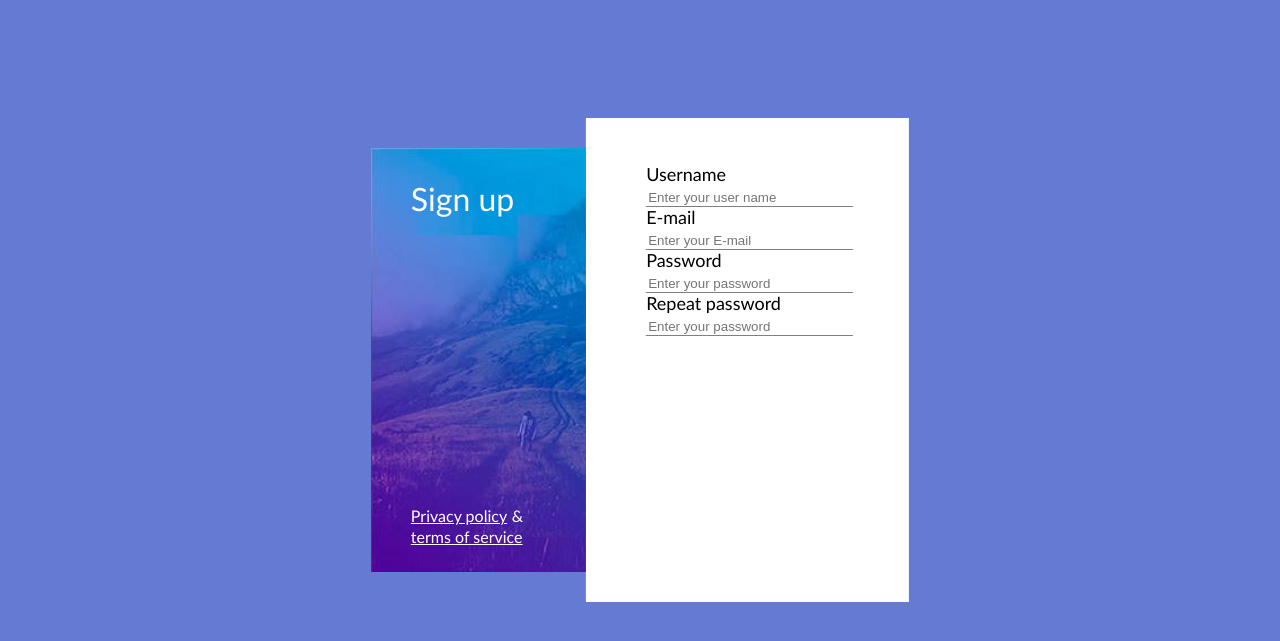
Repository: motiejus1/11-paskaita-adobexd-registracija
Page: index.html
An editor plug-in stored every save of this project. The page is shown before and after a run of saves, followed by the edit.
The browser window is 1280 px wide. The pictures show the whole page.

Above is the page before, as saved 2021-06-17 20:05:01.

### index.html
<!DOCTYPE html>
<html lang="en">
<head>
    <meta charset="UTF-8">
    <meta http-equiv="X-UA-Compatible" content="IE=edge">
    <meta name="viewport" content="width=device-width, initial-scale=1.0">
    <title>Registracija</title>
    <style>
        html {
            font-size: 18px;
        }

        body {
            max-width: 1920px;
            background-color: #657AD3;
            font: normal normal normal 1rem/1.1667rem Gill Sans MT;
        }

        .container {
            width: 42.05%;
            position: absolute;
            top: 50%;
            left: 50%;
            transform: translate(-50%, -50%);
        }

        .left-column, .right-column {
            float:left;
            height: 26.8889rem;
        }

        .left-column {
            background-color: transparent;
            width: 40%;

        }

        .right-column {
            width: 60%;
            background-color: #fff;
        }

        .left-column-container {
            margin-top: 1.6667rem;
            height: 23.5556rem;
            background-color: #fff;
            background: transparent url('img/mountain.png') 0% 0% no-repeat padding-box;
            background-size: cover;
            padding-left: 2.2222rem;
            position: relative;

        }

        h1 {
            font: normal normal normal 1.7778rem/2.0556rem Gill Sans MT;
            color: #FFFFFF;
            margin: 0;
            padding-top: 32px;
        }


        .links {
            position: absolute;
            bottom: 1.3889rem;
        }

        .links a, .links p {
            display: inline-block;
            color: #FFFFFF;
            font: normal normal normal 0.8889rem/1.0556rem Gill Sans MT;
        }

        .links a:hover {
            color:#808080;
        }

        .links p {
            margin: 0;
        }

        .right-column-container {
            padding-left: 3.3333rem;
            padding-top: 2.5556rem;
            padding-right: 3.3333rem;
        }

        input {
            width: 100%;
            border: 0;
            border-bottom: 1px solid #808080;
            padding
        }

    </style>

</head>
<body>

    <div class="container">

        <div class="left-column">
            <div class="left-column-container">
                <h1>Sign up</h1>

                <div class="links">
                    <a href="#">Privacy policy</a>
                    <p>&</p>
                    <a href="#">terms of service</a>
                </div>
            </div>
        </div>
        <div class="right-column">
            <div class="right-column-container">
                <div class="input">
                    <label for="username">Username</label>
                    <input placeholder="Enter your user name" type="text" id="username" name="username" />
                </div>
                <div class="input">
                    <label for="email">E-mail</label>
                    <input placeholder="Enter your E-mail" type="text" id="email" name="email" />
                </div>
                <div class="input">
                    <label for="password">Password</label>
                    <input placeholder="Enter your password" type="password" id="password" name="password" />
                </div>
                <div class="input">
                    <label for="repeat-password">Repeat password</label>
                    <input placeholder="Enter your password" type="password" id="repeat-password" name="repeat-password" />
                </div>
            </div>
        </div>
    </div>

</body>
</html>

After the next 2 saves:
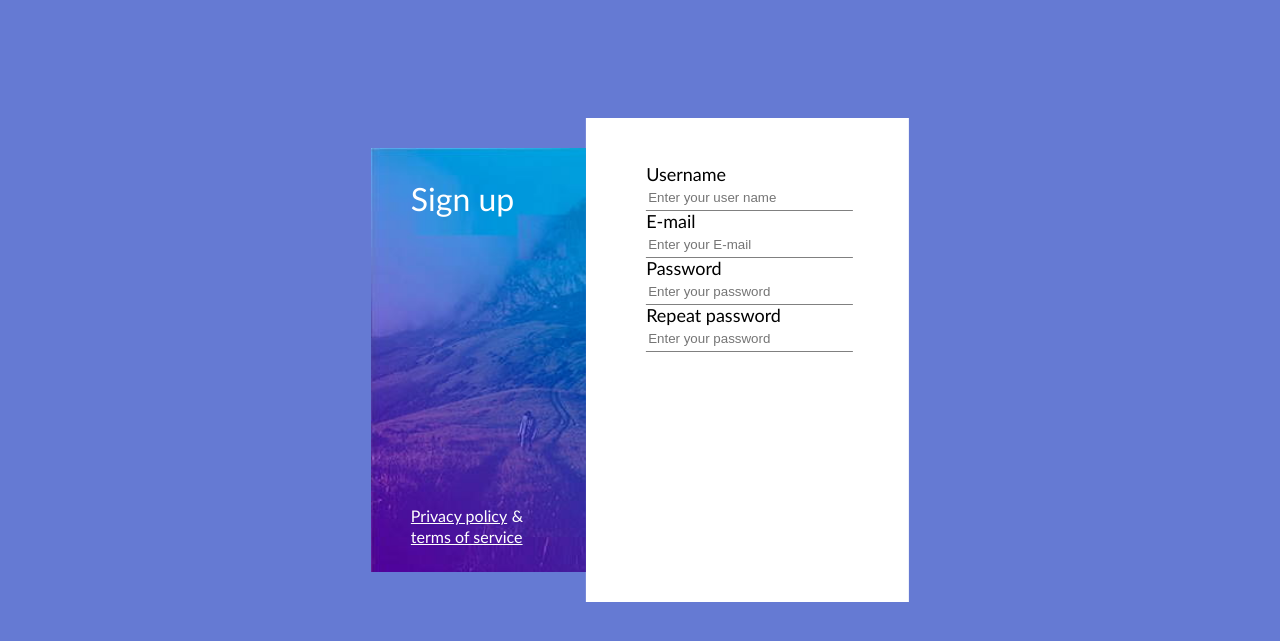
The 2 saves are shown as one change because they came seconds apart.
The last was saved 8 s later.
--- a/index.html
+++ b/index.html
@@ -88,7 +88,7 @@
             width: 100%;
             border: 0;
             border-bottom: 1px solid #808080;
-            padding
+            padding-bottom: 0.2778rem;
         }
 
     </style>

After the save that followed:
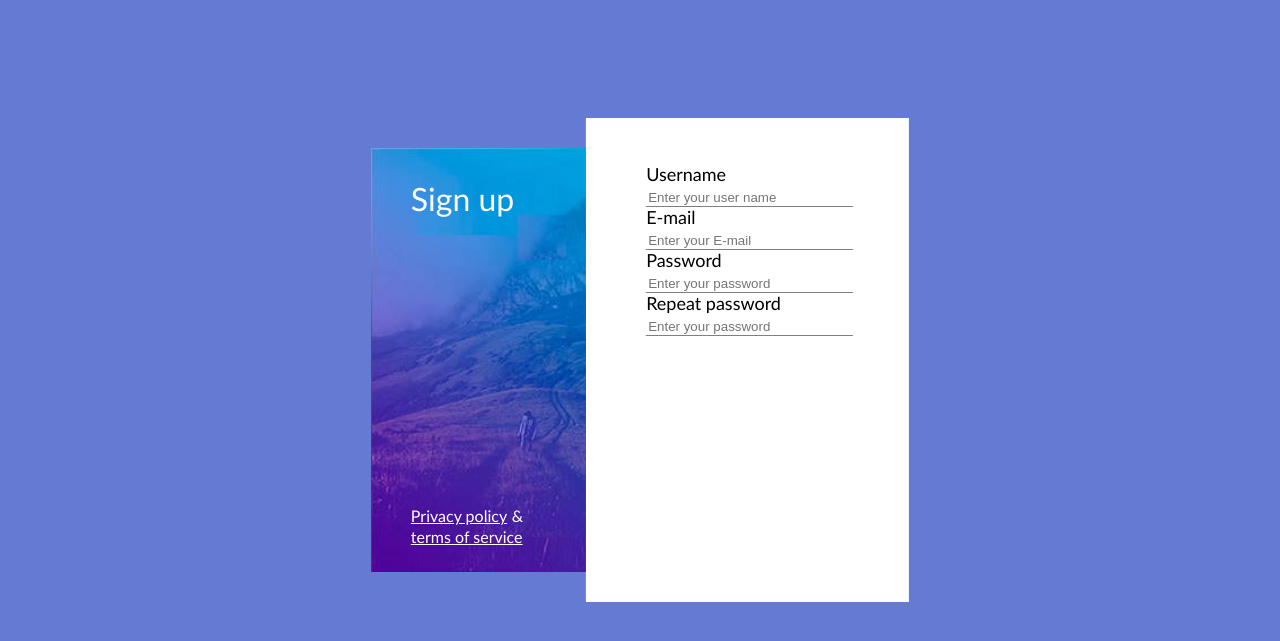
Saved 11 s later.
--- a/index.html
+++ b/index.html
@@ -88,7 +88,7 @@
             width: 100%;
             border: 0;
             border-bottom: 1px solid #808080;
-            padding-bottom: 0.2778rem;
+            padding-bottom: ;
         }
 
     </style>
